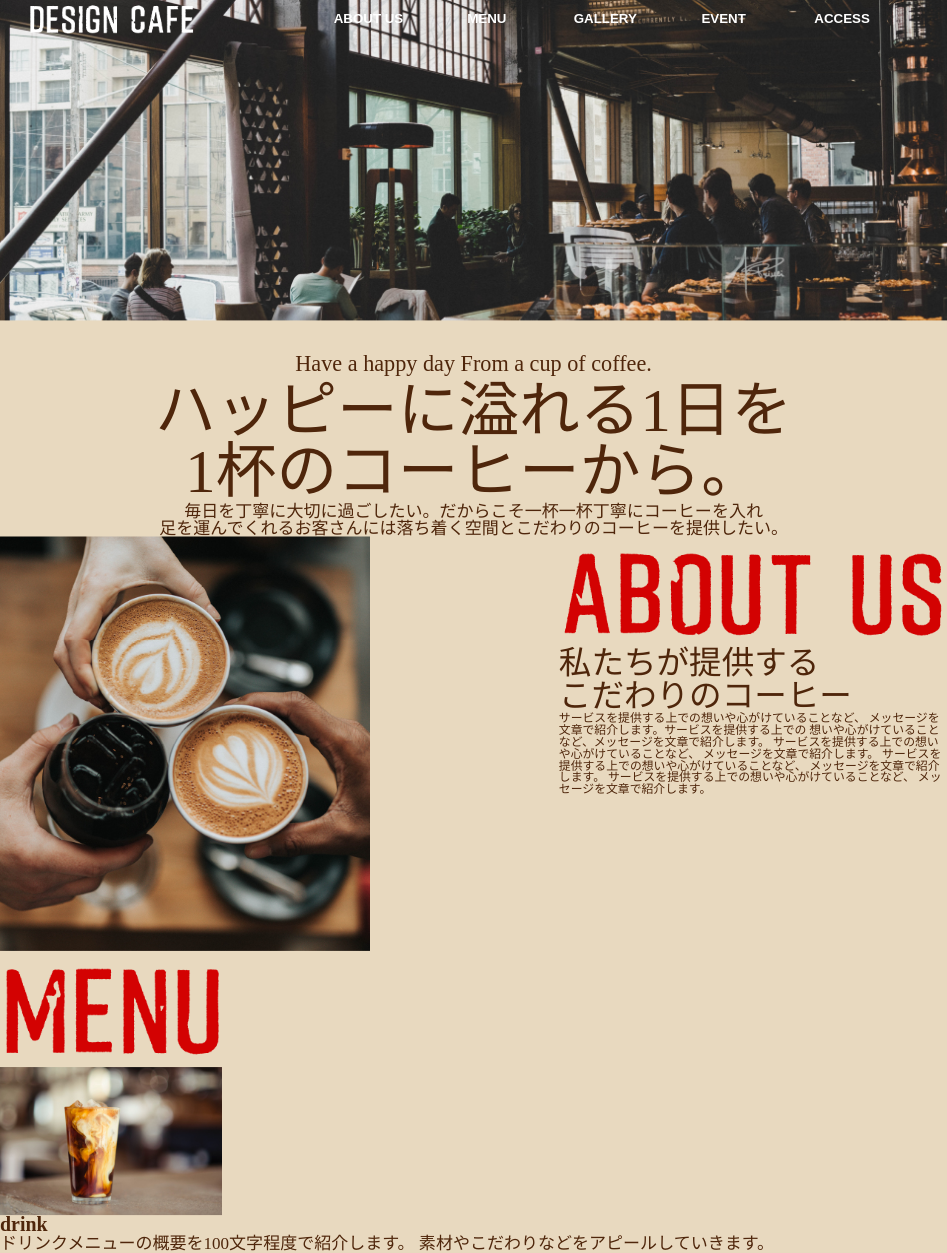
Repository: sonoyama01/dezasuta
Page: 第4回課題/index.html
These files come from the project's save history. The page is drawn as it stood at one moment and after the next save; the edit follows.
The browser window is 1280 px wide. The pictures show the whole page, at 74% of full size.

Above is the page before, as saved 2024-05-02 11:22:43.

After the next save:
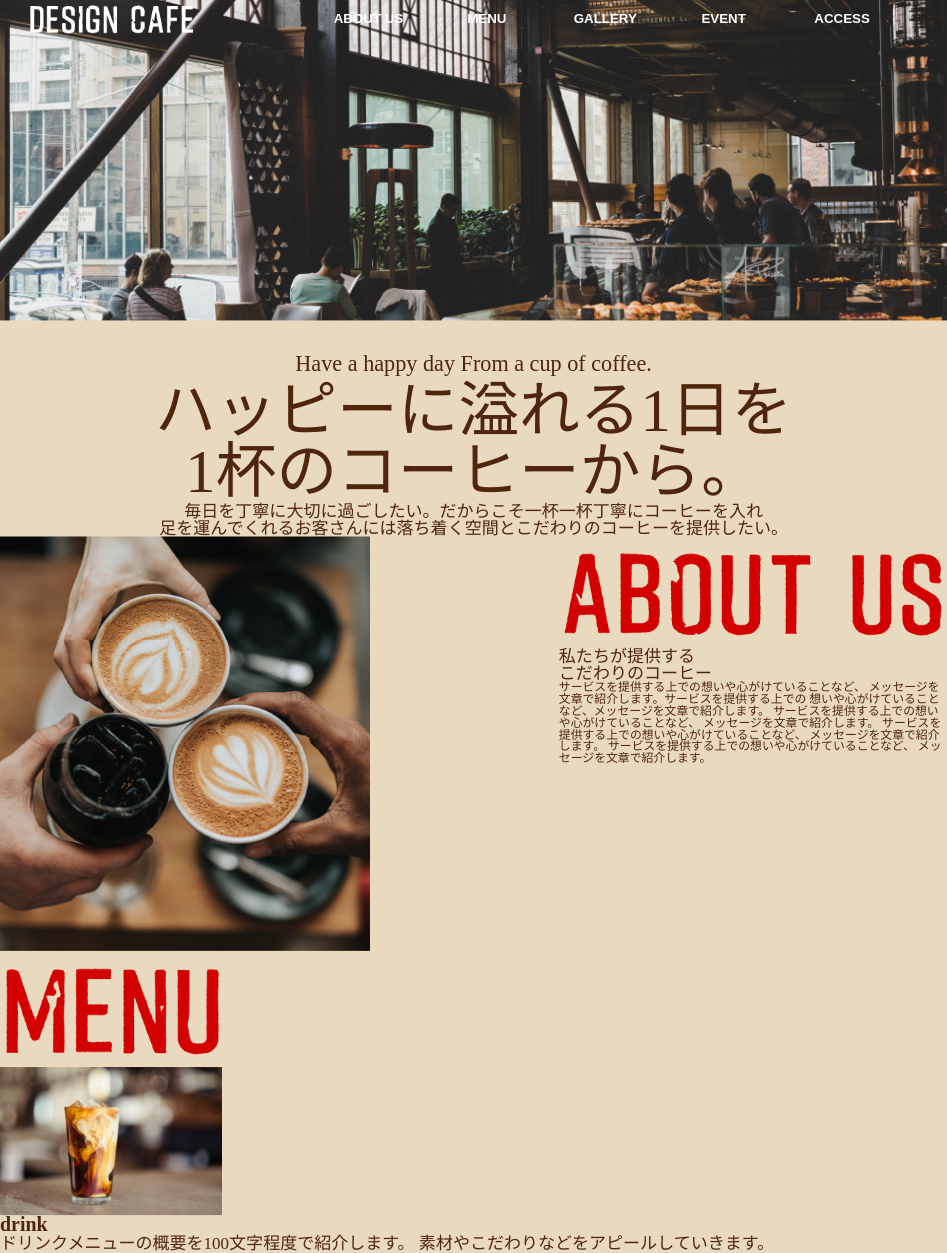
Saved 2 min 4 s later.
--- a/第4回課題/css/style.css
+++ b/第4回課題/css/style.css
@@ -111,7 +111,7 @@ body {
 .about_us_im {
   width: 50%;
 }
-.abouot_us_concept {
+.about_us_concept {
   font-size: 44px;
 }
 .about_us_text {
